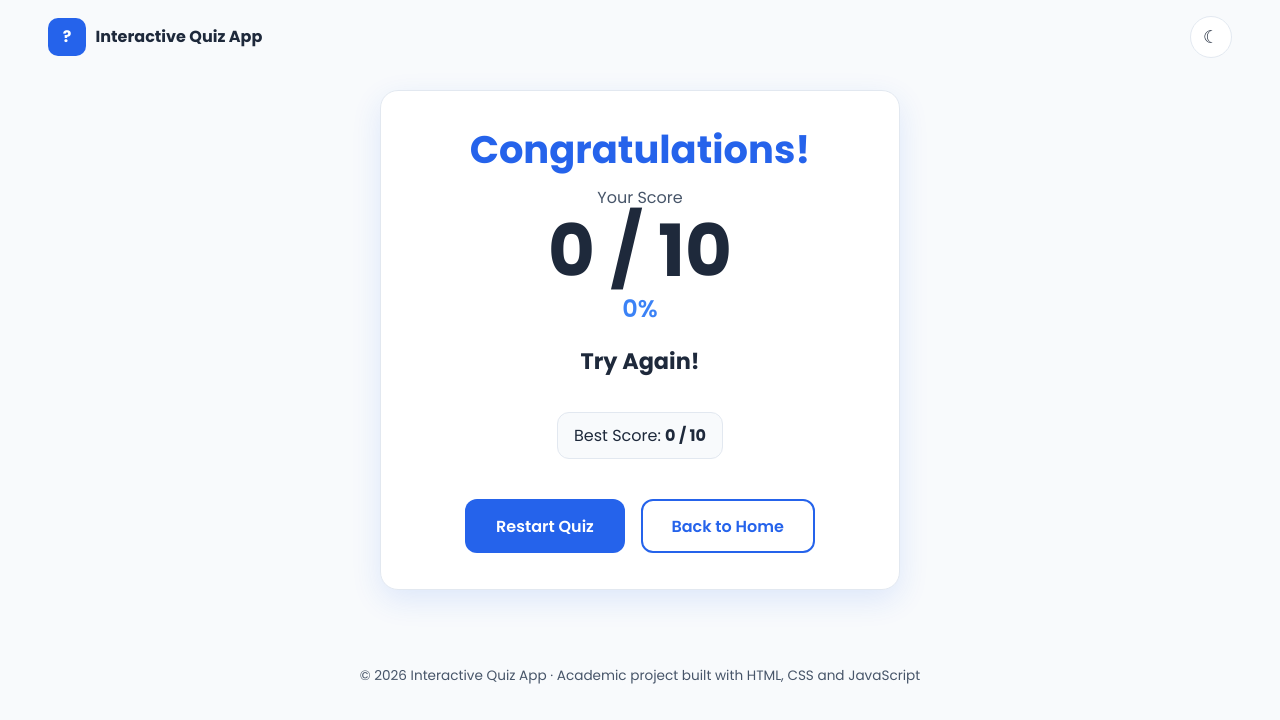
Repository: AzizHamdi99/Interactive-Quiz-App
Page: quiz-app/result.html
These files come from the project's save history. The page is drawn as it stood at one moment and after the next save; the edit follows.
The browser window is 1280 px wide. The pictures show the whole page.

Above is the page before, as saved 2026-10-31 16:25:03.

### quiz-app/result.html
<!DOCTYPE html>
<html lang="en">
<head>
  <meta charset="UTF-8">
  <meta name="viewport" content="width=device-width, initial-scale=1.0">
  <meta name="author" content="Your Name">
  <link rel="icon" href="assets/icons/favicon.svg" type="image/svg+xml">
  <link rel="preconnect" href="https://fonts.googleapis.com">
  <link rel="preconnect" href="https://fonts.gstatic.com" crossorigin>
  <link href="https://fonts.googleapis.com/css2?family=Poppins:wght@400;500;600;700&amp;display=swap" rel="stylesheet">
  <link rel="stylesheet" href="css/style.css">
  <link rel="stylesheet" href="css/result.css">
  <title>Your result | Interactive Quiz App</title>
  <meta name="description" content="See your quiz score and your best score.">
</head>
<body data-page="result">
  <canvas id="confetti" aria-hidden="true"></canvas>
  <header class="site-header">
    <a class="brand" href="index.html" data-nav><span class="logo" aria-hidden="true">?</span> Interactive Quiz App</a>
    <button class="icon-btn" id="theme-toggle" type="button" aria-label="Switch to dark mode" aria-pressed="false">&#9790;</button>
  </header>
  <main id="main" class="result-wrap">
    <section class="card result-card" aria-labelledby="congrats">
      <h1 id="congrats">Congratulations!</h1>
      <p class="label">Your Score</p>
      <p class="score" id="score">0 / 10</p>
      <p class="pct" id="pct">0%</p>
      <p class="msg" id="msg" role="status"></p>
      <p class="best">Best Score: <strong id="best">0 / 10</strong></p>
      <div class="result-btns">
        <a class="btn btn-primary" href="quiz.html" data-nav>Restart Quiz</a>
        <a class="btn btn-ghost" href="index.html" data-nav>Back to Home</a>
      </div>
    </section>
  </main>
  <footer class="site-footer"><p>&copy; 2026 Interactive Quiz App &middot; Academic project built with HTML, CSS and JavaScript</p></footer>
  <script src="js/app.js"></script>
</body>
</html>

### quiz-app/css/style.css
/* ===== Variables & dark theme ===== */
:root {
  --primary: #2563eb;
  --secondary: #3b82f6;
  --bg: #f8fafc;
  --card: #ffffff;
  --correct: #22c55e;
  --wrong: #ef4444;
  --text: #1e293b;
  --muted: #475569;
  --border: #e2e8f0;
  --shadow: 0 10px 30px rgba(37, 99, 235, 0.12);
  --radius: 18px;
}
[data-theme="dark"] {
  --bg: #0f172a;
  --card: #1e293b;
  --text: #f1f5f9;
  --muted: #cbd5e1;
  --border: #334155;
  --shadow: 0 10px 30px rgba(0, 0, 0, 0.45);
}
/* ===== Base ===== */
*,
*::before,
*::after {
  box-sizing: border-box;
}
body {
  margin: 0;
  min-height: 100vh;
  display: flex;
  flex-direction: column;
  font-family: "Poppins", system-ui, sans-serif;
  background: var(--bg);
  color: var(--text);
  line-height: 1.6;
  transition:
    background 0.3s,
    color 0.3s;
  animation: pageIn 0.4s ease both;
}
body.leaving {
  animation: pageOut 0.25s ease forwards;
}
@keyframes pageIn {
  from {
    opacity: 0;
    transform: translateY(12px);
  }
  to {
    opacity: 1;
    transform: none;
  }
}
@keyframes pageOut {
  to {
    opacity: 0;
    transform: translateY(-8px);
  }
}
h1 {
  line-height: 1.2;
  margin: 0 0 0.75rem;
}
a {
  color: inherit;
}
:focus-visible {
  outline: 3px solid var(--secondary);
  outline-offset: 3px;
  border-radius: 8px;
}
::-webkit-scrollbar {
  width: 10px;
}
::-webkit-scrollbar-track {
  background: var(--bg);
}
::-webkit-scrollbar-thumb {
  background: var(--secondary);
  border-radius: 8px;
}
/* ===== Header / footer ===== */
.site-header {
  display: flex;
  justify-content: space-between;
  align-items: center;
  padding: 1rem clamp(1rem, 4vw, 3rem);
  position: relative;
  z-index: 2;
}
.brand {
  display: flex;
  align-items: center;
  gap: 0.6rem;
  font-weight: 700;
  text-decoration: none;
}
.logo {
  display: grid;
  place-items: center;
  width: 38px;
  height: 38px;
  border-radius: 10px;
  background: var(--primary);
  color: #fff;
}
.icon-btn {
  width: 42px;
  height: 42px;
  border-radius: 50%;
  border: 1px solid var(--border);
  background: var(--card);
  color: var(--text);
  font-size: 1.1rem;
  cursor: pointer;
  transition:
    transform 0.2s,
    box-shadow 0.2s;
}
.icon-btn:hover {
  transform: scale(1.1);
  box-shadow: var(--shadow);
}
.site-footer {
  margin-top: auto;
  padding: 1.25rem;
  text-align: center;
  color: var(--muted);
  font-size: 0.85rem;
  position: relative;
  z-index: 2;
}
main {
  position: relative;
  z-index: 1;
}
/* ===== Cards & buttons ===== */
.card {
  background: var(--card);
  border-radius: var(--radius);
  box-shadow: var(--shadow);
  padding: clamp(1.25rem, 4vw, 2.25rem);
  border: 1px solid var(--border);
}
.btn {
  position: relative;
  overflow: hidden;
  display: inline-block;
  padding: 0.8rem 1.8rem;
  border-radius: 12px;
  border: 2px solid transparent;
  font:
    600 1rem "Poppins",
    sans-serif;
  text-decoration: none;
  cursor: pointer;
  transition:
    transform 0.2s,
    box-shadow 0.2s,
    background 0.2s;
}
.btn:hover:not(:disabled) {
  transform: translateY(-2px);
  box-shadow: 0 8px 18px rgba(37, 99, 235, 0.3);
}
.btn:active:not(:disabled) {
  transform: scale(0.97);
}
.btn-primary {
  background: var(--primary);
  color: #fff;
}
.btn-primary:hover:not(:disabled) {
  background: #1d4ed8;
}
.btn-ghost {
  background: transparent;
  color: var(--primary);
  border-color: var(--primary);
}
[data-theme="dark"] .btn-ghost {
  color: #93c5fd;
  border-color: #93c5fd;
}
.btn:disabled {
  opacity: 0.5;
  cursor: not-allowed;
}
.ripple {
  position: absolute;
  border-radius: 50%;
  background: rgba(255, 255, 255, 0.5);
  transform: scale(0);
  animation: ripple 0.6s linear;
  pointer-events: none;
}
@keyframes ripple {
  to {
    transform: scale(4);
    opacity: 0;
  }
}
/* ===== Home ===== */
.bg-shapes span {
  position: fixed;
  border-radius: 50%;
  filter: blur(60px);
  opacity: 0.35;
  z-index: 0;
  animation: float 14s ease-in-out infinite;
}
.bg-shapes span:nth-child(1) {
  width: 320px;
  height: 320px;
  background: var(--secondary);
  top: -80px;
  left: -80px;
}
.bg-shapes span:nth-child(2) {
  width: 260px;
  height: 260px;
  background: var(--primary);
  bottom: -60px;
  right: -40px;
  animation-delay: -5s;
}
.bg-shapes span:nth-child(3) {
  width: 180px;
  height: 180px;
  background: var(--correct);
  top: 45%;
  left: 55%;
  animation-delay: -9s;
  opacity: 0.2;
}
@keyframes float {
  50% {
    transform: translate(40px, -30px) scale(1.1);
  }
}
.hero {
  display: grid;
  grid-template-columns: 1.1fr 0.9fr;
  gap: 2rem;
  align-items: center;
  max-width: 1100px;
  margin: 0 auto;
  padding: 2rem clamp(1rem, 4vw, 3rem);
}
.hero-text h1 {
  font-size: clamp(2.2rem, 5vw, 3.6rem);
  font-weight: 700;
  color: var(--primary);
}
[data-theme="dark"] .hero-text h1 {
  color: #93c5fd;
}
.hero-text p {
  color: var(--muted);
  max-width: 52ch;
}
.hero-text .btn {
  margin-top: 0.75rem;
  font-size: 1.1rem;
  padding: 1rem 2.4rem;
}
.hint {
  font-size: 0.85rem;
  margin-top: 1rem;
}
.hero-art img {
  width: 100%;
  height: auto;
  max-width: 420px;
  display: block;
  margin: 0 auto;
  animation: bob 4s ease-in-out infinite;
}
@keyframes bob {
  50% {
    transform: translateY(-12px);
  }
}
@media (max-width: 768px) {
  .hero {
    grid-template-columns: 1fr;
    text-align: center;
  }
  .hero-text p {
    margin-inline: auto;
  }
}
@media (prefers-reduced-motion: reduce) {
  *,
  *::before,
  *::after {
    animation-duration: 0.01ms !important;
    animation-iteration-count: 1 !important;
    transition-duration: 0.01ms !important;
  }
}

### quiz-app/css/result.css
#confetti {
  position: fixed;
  inset: 0;
  width: 100%;
  height: 100%;
  pointer-events: none;
  z-index: 5;
}
.result-wrap {
  display: grid;
  place-items: center;
  padding: 1rem clamp(0.75rem, 4vw, 2rem) 2rem;
}
.result-card {
  width: 100%;
  max-width: 520px;
  text-align: center;
  animation: scaleIn 0.5s ease both;
}
@keyframes scaleIn {
  from {
    opacity: 0;
    transform: scale(0.9);
  }
  to {
    opacity: 1;
    transform: none;
  }
}
.result-card h1 {
  font-size: clamp(1.8rem, 5vw, 2.4rem);
  color: var(--primary);
}
[data-theme="dark"] .result-card h1 {
  color: #93c5fd;
}
.label {
  margin: 0;
  color: var(--muted);
}
.score {
  margin: 0;
  font-size: clamp(3rem, 12vw, 4.5rem);
  font-weight: 700;
  line-height: 1.1;
}
.pct {
  margin: 0;
  font-size: 1.5rem;
  font-weight: 600;
  color: var(--secondary);
}
.msg {
  font-size: 1.4rem;
  font-weight: 700;
  margin: 1rem 0;
}
.best {
  background: var(--bg);
  border: 1px solid var(--border);
  border-radius: 12px;
  padding: 0.6rem 1rem;
  display: inline-block;
}
.result-btns {
  display: flex;
  flex-wrap: wrap;
  gap: 1rem;
  justify-content: center;
  margin-top: 1.5rem;
}

### quiz-app/js/app.js
/* Shared logic: theme, page transitions, ripple, sound, confetti, result page */
const App = (() => {
  const root = document.documentElement;

  /* ---- Dark mode ---- */
  function applyTheme(theme) {
    root.setAttribute("data-theme", theme);
    const btn = document.querySelector("#theme-toggle");
    if (!btn) return;
    const dark = theme === "dark";
    btn.textContent = dark ? "\u2600" : "\u263E";
    btn.setAttribute("aria-pressed", String(dark));
    btn.setAttribute(
      "aria-label",
      dark ? "Switch to light mode" : "Switch to dark mode",
    );
  }
  applyTheme(localStorage.getItem("quizTheme") || "light");
  document.querySelector("#theme-toggle").addEventListener("click", () => {
    const next = root.getAttribute("data-theme") === "dark" ? "light" : "dark";
    localStorage.setItem("quizTheme", next);
    applyTheme(next);
  });

  /* ---- Page transitions ---- */
  function go(url) {
    document.body.classList.add("leaving");
    setTimeout(() => {
      window.location.href = url;
    }, 250);
  }
  document.querySelectorAll("[data-nav]").forEach((link) =>
    link.addEventListener("click", (e) => {
      e.preventDefault();
      go(link.getAttribute("href"));
    }),
  );

  /* ---- Button ripple ---- */
  document.querySelectorAll(".btn").forEach((btn) =>
    btn.addEventListener("click", (e) => {
      const r = btn.getBoundingClientRect(),
        size = Math.max(r.width, r.height);
      const dot = document.createElement("span");
      dot.className = "ripple";
      dot.style.cssText = `width:${size}px;height:${size}px;left:${e.clientX - r.left - size / 2}px;top:${e.clientY - r.top - size / 2}px`;
      btn.appendChild(dot);
      setTimeout(() => dot.remove(), 600);
    }),
  );

  /* ---- Sound effects (Web Audio, no files needed) ---- */
  let ctx;
  function beep(freqs) {
    try {
      ctx = ctx || new (window.AudioContext || window.webkitAudioContext)();
      freqs.forEach((f, i) => {
        const o = ctx.createOscillator(),
          g = ctx.createGain(),
          t = ctx.currentTime + i * 0.14;
        o.frequency.value = f;
        o.type = "sine";
        g.gain.setValueAtTime(0.15, t);
        g.gain.exponentialRampToValueAtTime(0.001, t + 0.25);
        o.connect(g);
        g.connect(ctx.destination);
        o.start(t);
        o.stop(t + 0.25);
      });
    } catch (err) {
      /* audio unavailable */
    }
  }
  const playCorrect = () => beep([660, 880]);
  const playWrong = () => beep([300, 200]);

  /* ---- Confetti ---- */
  function confetti() {
    if (window.matchMedia("(prefers-reduced-motion: reduce)").matches) return;
    const canvas = document.querySelector("#confetti"),
      c = canvas.getContext("2d");
    canvas.width = innerWidth;
    canvas.height = innerHeight;
    const colors = ["#2563EB", "#3B82F6", "#22C55E", "#F59E0B", "#EF4444"];
    const bits = Array.from({ length: 150 }, () => ({
      x: Math.random() * canvas.width,
      y: -Math.random() * canvas.height,
      s: 5 + Math.random() * 7,
      v: 2 + Math.random() * 3,
      d: Math.random() * 2 - 1,
      col: colors[Math.floor(Math.random() * colors.length)],
    }));
    let frames = 0;
    (function draw() {
      c.clearRect(0, 0, canvas.width, canvas.height);
      bits.forEach((b) => {
        b.y += b.v;
        b.x += b.d;
        c.fillStyle = b.col;
        c.fillRect(b.x, b.y, b.s, b.s * 0.6);
      });
      if (++frames < 300) requestAnimationFrame(draw);
      else c.clearRect(0, 0, canvas.width, canvas.height);
    })();
  }

  /* ---- Result page ---- */
  if (document.body.dataset.page === "result") {
    const score = Number(sessionStorage.getItem("quizScore")) || 0;
    const total = Number(sessionStorage.getItem("quizTotal")) || 10;
    const pct = Math.round((score / total) * 100);
    const best = Number(localStorage.getItem("quizBest")) || 0;
    const msgs = [
      [100, "Outstanding!"],
      [80, "Excellent!"],
      [60, "Good Job!"],
      [40, "Keep Practicing!"],
      [0, "Try Again!"],
    ];
    document.querySelector("#score").textContent = `${score} / ${total}`;
    document.querySelector("#pct").textContent = `${pct}%`;
    document.querySelector("#msg").textContent = msgs.find(
      (m) => pct >= m[0],
    )[1];
    document.querySelector("#best").textContent = `${best} / ${total}`;
    if (pct > 80) confetti();
  }

  return { go, playCorrect, playWrong };
})();

After the next save:
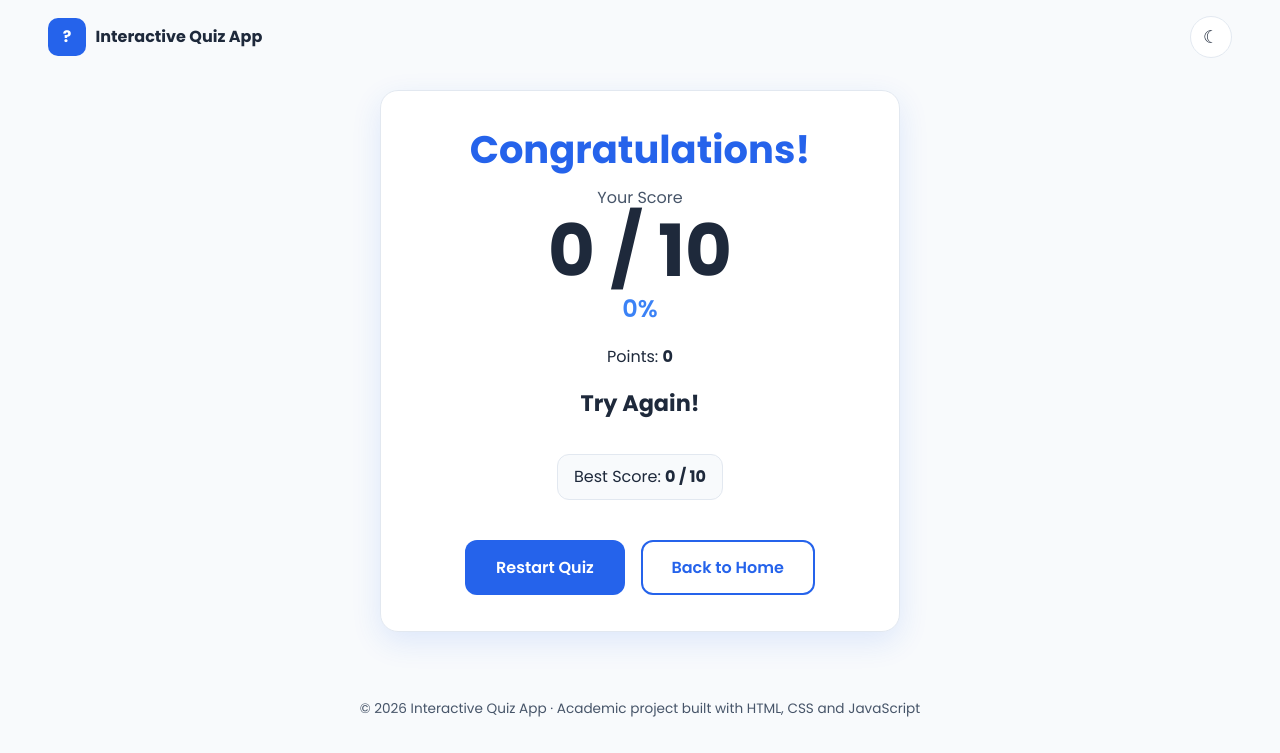
Saved 38 s later.
--- a/quiz-app/result.html
+++ b/quiz-app/result.html
@@ -1,5 +1,6 @@
 <!DOCTYPE html>
 <html lang="en">
+
 <head>
   <meta charset="UTF-8">
   <meta name="viewport" content="width=device-width, initial-scale=1.0">
@@ -13,11 +14,13 @@
   <title>Your result | Interactive Quiz App</title>
   <meta name="description" content="See your quiz score and your best score.">
 </head>
+
 <body data-page="result">
   <canvas id="confetti" aria-hidden="true"></canvas>
   <header class="site-header">
     <a class="brand" href="index.html" data-nav><span class="logo" aria-hidden="true">?</span> Interactive Quiz App</a>
-    <button class="icon-btn" id="theme-toggle" type="button" aria-label="Switch to dark mode" aria-pressed="false">&#9790;</button>
+    <button class="icon-btn" id="theme-toggle" type="button" aria-label="Switch to dark mode"
+      aria-pressed="false">&#9790;</button>
   </header>
   <main id="main" class="result-wrap">
     <section class="card result-card" aria-labelledby="congrats">
@@ -25,6 +28,7 @@
       <p class="label">Your Score</p>
       <p class="score" id="score">0 / 10</p>
       <p class="pct" id="pct">0%</p>
+      <p class="pts">Points: <strong id="points">0</strong></p>
       <p class="msg" id="msg" role="status"></p>
       <p class="best">Best Score: <strong id="best">0 / 10</strong></p>
       <div class="result-btns">
@@ -33,7 +37,10 @@
       </div>
     </section>
   </main>
-  <footer class="site-footer"><p>&copy; 2026 Interactive Quiz App &middot; Academic project built with HTML, CSS and JavaScript</p></footer>
+  <footer class="site-footer">
+    <p>&copy; 2026 Interactive Quiz App &middot; Academic project built with HTML, CSS and JavaScript</p>
+  </footer>
   <script src="js/app.js"></script>
 </body>
+
 </html>
